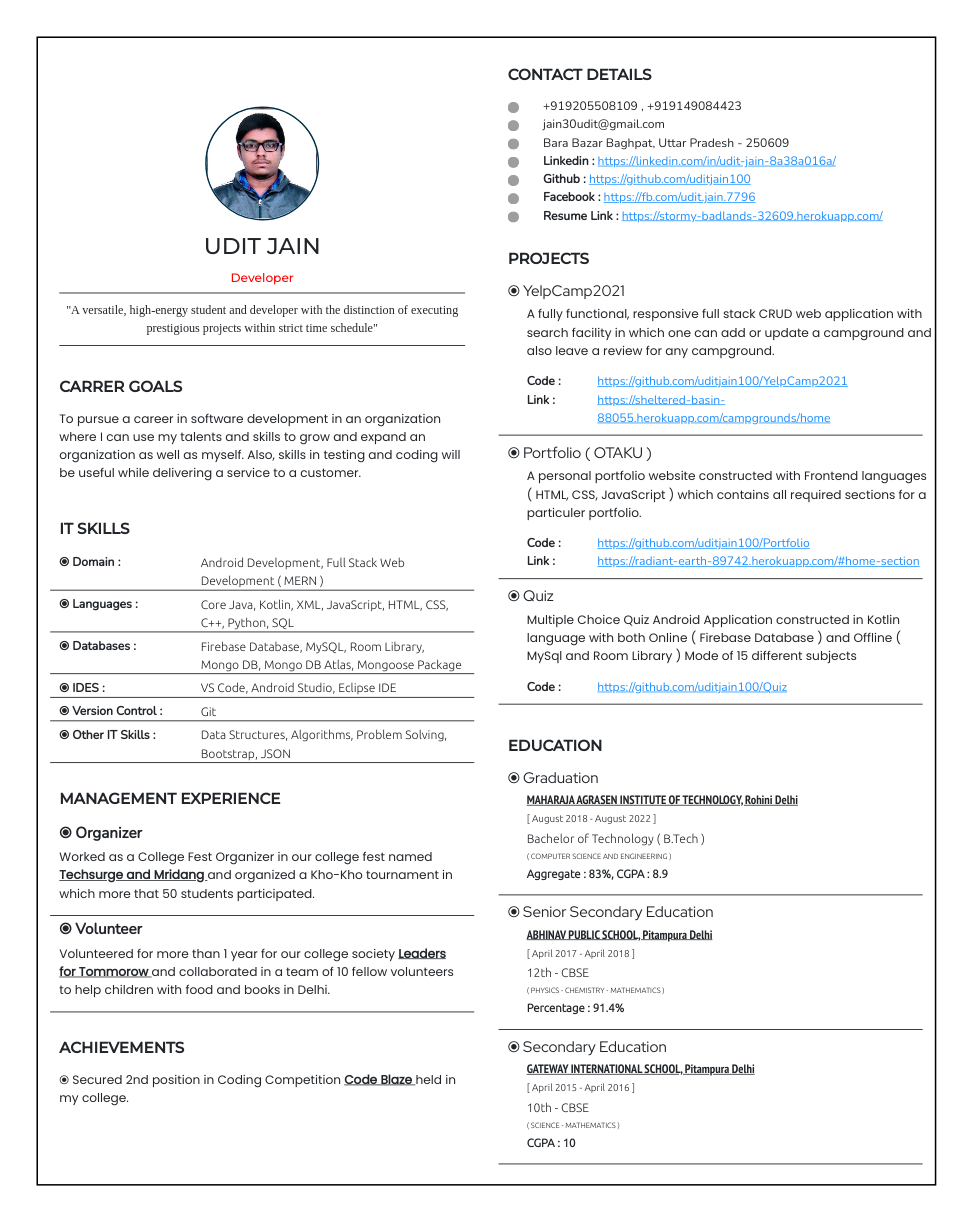
Repository: uditjain100/Resume
Page: index.html
These files come from the project's save history. The page is drawn as it stood at one moment and after the next save; the edit follows.
The browser window is 1280 px wide. The pictures show the whole page, at 76% of full size.
Pictures or frames that could not be fetched are drawn as grey boxes. Some web fonts or font styles are not loaded; a fallback is used. Some web libraries are served in a nearby version.

Above is the page before, as saved 2021-03-13 18:38:47.

After the next save:
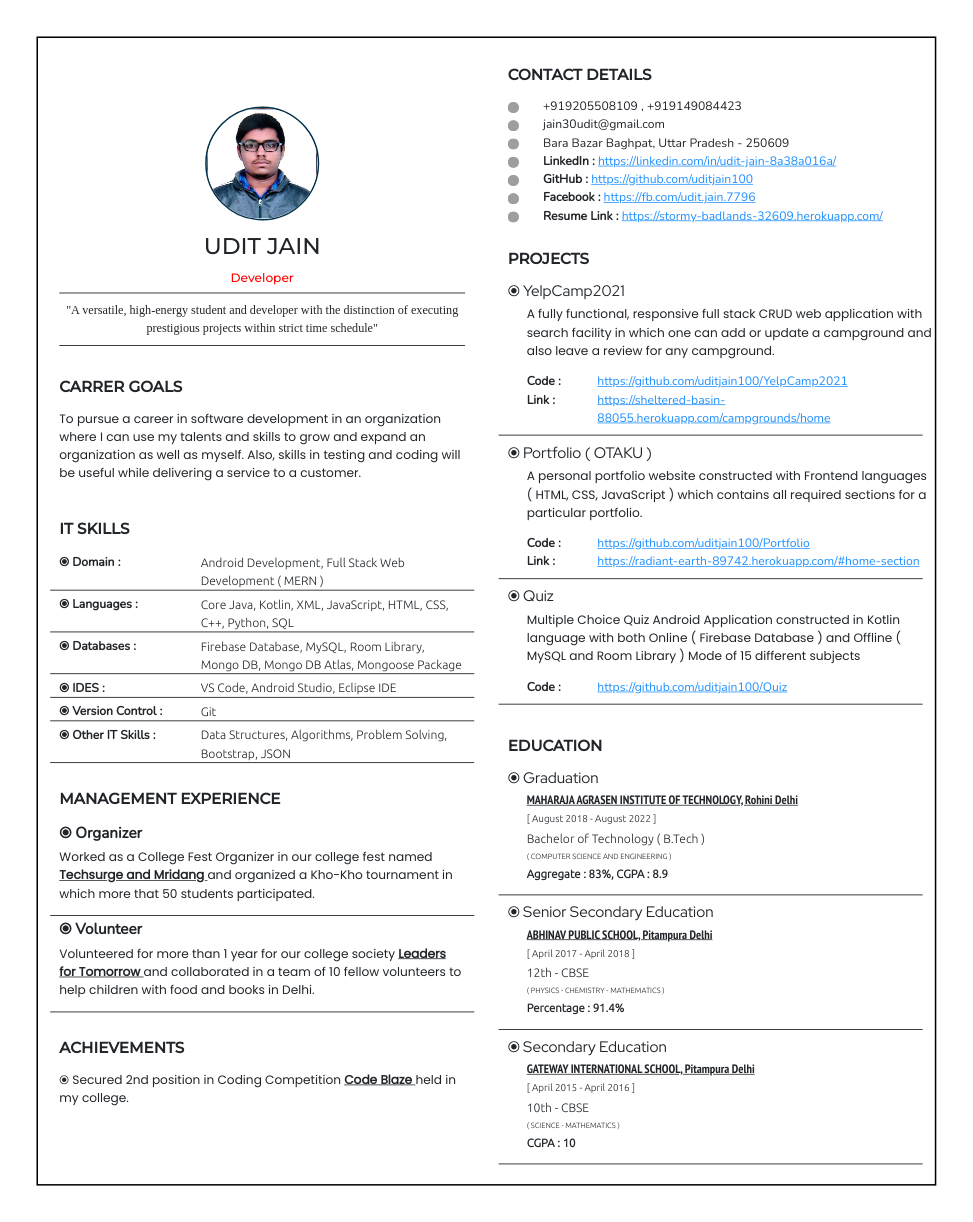
Saved 2 min 5 s later.
--- a/index.html
+++ b/index.html
@@ -163,7 +163,7 @@ class="btn btn-outline-success rounded-pill"
                 <p>
                   Volunteered for more than 1 year for our college society
                   <span style="font-weight: 700; text-decoration: underline"
-                    >Leaders for Tommorow </span
+                    >Leaders for Tomorrow </span
                   >and collaborated in a team of 10 fellow volunteers to help
                   children with food and books in Delhi.
                 </p>
@@ -230,7 +230,7 @@ class="btn btn-outline-success rounded-pill"
                   />
                 </div>
                 <div style="text-align: left; margin-left: 0" class="col-11">
-                  <span style="font-weight: 800">Linkedin :</span>
+                  <span style="font-weight: 800">LinkedIn :</span>
                   <a href="https://linkedin.com/in/udit-jain-8a38a016a/"
                     ><span id="link"
                       >https://linkedin.com/in/udit-jain-8a38a016a/</span
@@ -246,7 +246,7 @@ class="btn btn-outline-success rounded-pill"
                   />
                 </div>
                 <div style="text-align: left; margin-left: 0" class="col-11">
-                  <span style="font-weight: 800">Github :</span>
+                  <span style="font-weight: 800">GitHub :</span>
                   <a href="https://github.com/uditjain100"
                     ><span id="link">https://github.com/uditjain100</span></a
                   >
@@ -326,7 +326,7 @@ class="btn btn-outline-success rounded-pill"
                   <p>
                     A personal portfolio website constructed with Frontend
                     languages ( HTML, CSS, JavaScript ) which contains all
-                    required sections for a particuler portfolio.
+                    required sections for a particular portfolio.
                   </p>
                   <ul class="list-group">
                     <li id="contactitem" class="row">
@@ -354,7 +354,7 @@ class="btn btn-outline-success rounded-pill"
                   <p>
                     Multiple Choice Quiz Android Application constructed in
                     Kotlin language with both Online ( Firebase Database ) and
-                    Offline ( MySql and Room Library ) Mode of 15 different
+                    Offline ( MySQL and Room Library ) Mode of 15 different
                     subjects
                   </p>
                   <ul class="list-group">
